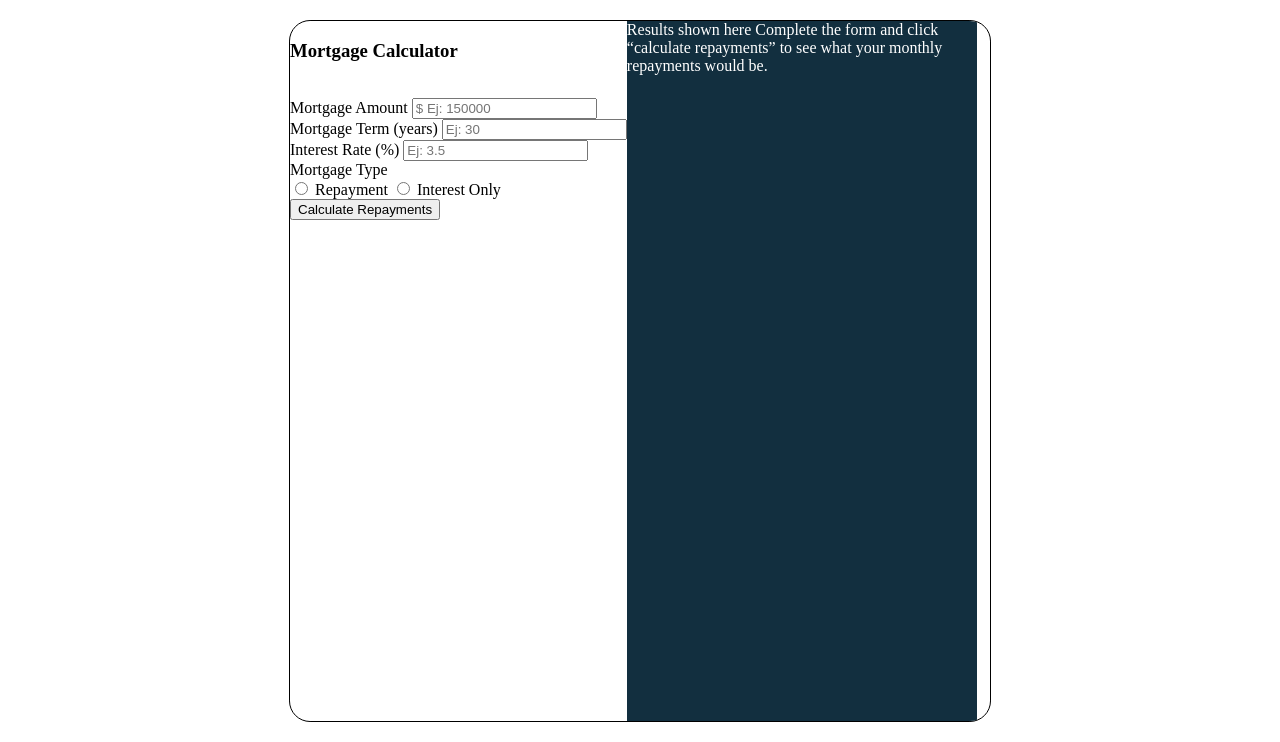
Repository: GravielPV/Mortgage-repayment-calculator
Page: index.html
The author's editor kept a copy of each file at every save. The page is drawn from the files as they stood at one save, then again after the next save.
The browser window is 1280 px wide. The pictures show the whole page.

Above is the page before, as saved 2025-12-11 17:05:34.

After the next save:
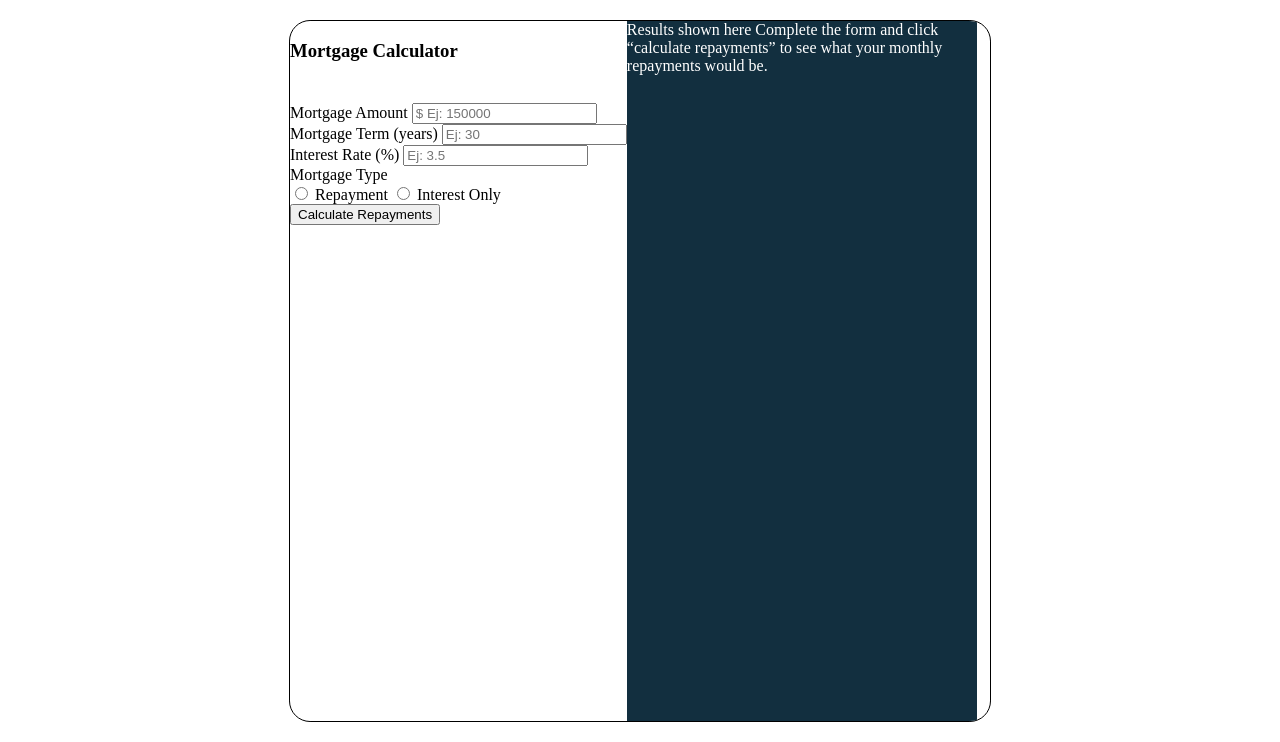
Saved 6 s later.
--- a/styles.css
+++ b/styles.css
@@ -33,4 +33,7 @@ a{
     text-decoration: none;
     color: white;
     font-weight: bold;
-}
+    margin-top: 20px;
+    text-align: center;
+    font-size: 20px;
+    }
